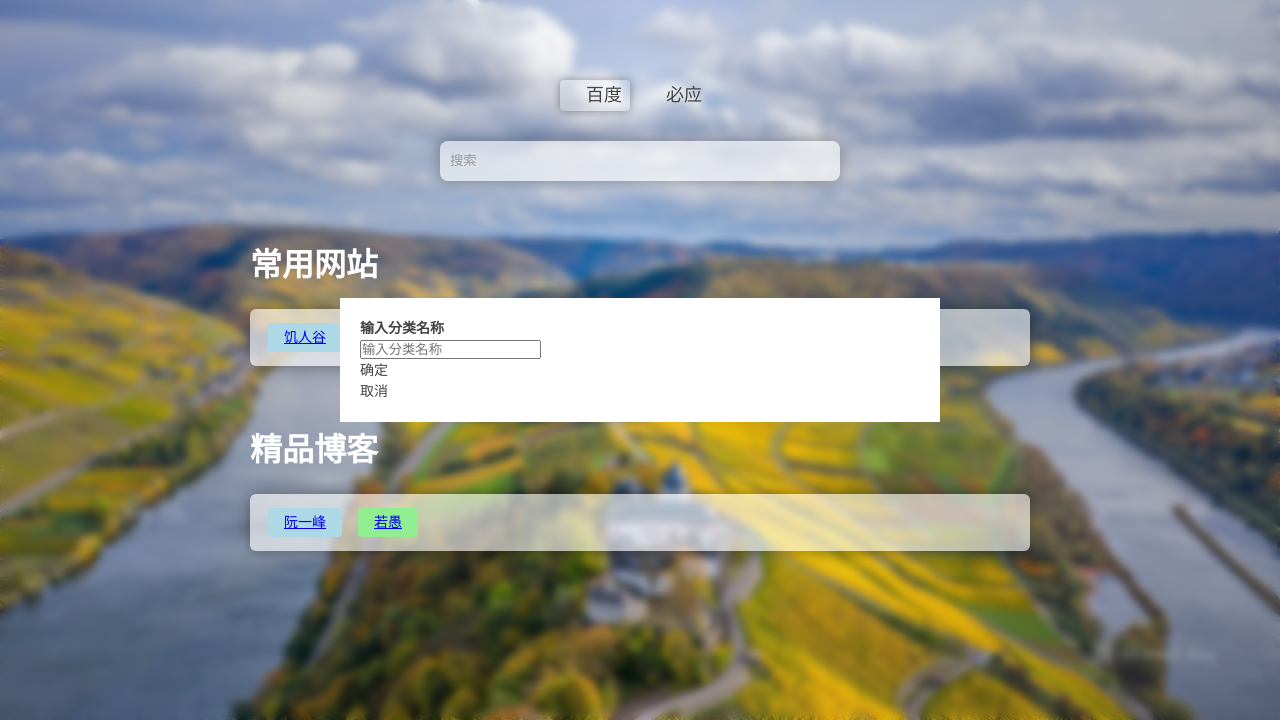
Repository: zkhiscool/PersonPage
Page: index.html
These files come from the project's save history. The page is drawn as it stood at one moment and after the next save; the edit follows.
The browser window is 1280 px wide. The pictures show the whole page.

Above is the page before, as saved 2023-07-21 12:05:06.

### index.html
<!DOCTYPE html>
<html lang="en">

<head>
    <meta charset="UTF-8">
    <meta name="viewport" content="width=device-width, initial-scale=1.0">
    <title>Document</title>
    <script src="//at.alicdn.com/t/c/font_4154315_rbz2c3ka0md.js"></script>
    <script src="//at.alicdn.com/t/c/font_4177456_26hgdqu1m2a.js"></script>
    <link rel="stylesheet" href="css/style.css">
</head>

<body class="preview">
    <div id="page">
        <section id="search">
            <div class="search-type">
                <div data-type="baidu" class="search-tab tab-baidu active">
                    <svg class="icon" aria-hidden="true">
                        <use xlink:href="#icon-baidu"></use>
                    </svg>百度
                </div>
                <div data-type="bing" class="search-tab tab-bing">
                    <svg class="icon" aria-hidden="true">
                        <use xlink:href="#icon-weiruan"></use>
                    </svg>必应
                </div>
            </div>
            <div class="search-input input">
                <input type="text" placeholder="搜索">
                <svg class="icon icon-search" aria-hidden="true">
                    <use xlink:href="#icon-search"></use>
                </svg>
            </div>
        </section>
        <section id="websites">
            <ul class="list">
                <li class="item">
                    <h2>常用网站</h2>
                    <ul class="panel">
                        <li class="tag ">百度</li>
                        <li class="tag ">知乎</li>
                    </ul>
                </li>

                <li class="item">
                    <h2>常用网站</h2>
                    <ul class="panel">
                        <li class="tag ">百度</li>
                        <li class="tag ">知乎</li>
                    </ul>
                </li>
            </ul>
            <div class="puls">
                <svg class="icon icon-puls" aria-hidden="true">
                    <use xlink:href="#icon-plus"></use>
                </svg>
            </div>
        </section>

    </div>
    <div id="setting">
        <svg class="icon icon-setting" aria-hidden="true">
            <use xlink:href="#icon-setting"></use>
        </svg>
        <svg class="icon icon-back" aria-hidden="true">
            <use xlink:href="#icon-back"></use>
        </svg>
    </div>
    <div class="modal modal-1">
        <h4>输入分类名称</h4>
        <div class="field">
            <input type="text" placeholder="输入分类名称">
        </div>
        <div class="button">确定</div>
        <div class="button">取消</div>
    </div>
    <script src="js/main.js"></script>
    <script>
        //百度 = 'https://www.baidu.com/s?wd=' + '饥人谷'
        //bing= https://cn.bing.com/search?q=' + '饥人谷'
    </script>
</body>

</html>

### css/style.css
* {
    margin: 0;
    padding: 0;
    box-sizing: border-box;
}

ul,
li {
    list-style: none;
}

body {
    /* 字体大小14，行高1.5 */
    font: 14px/1.5 Arial, Helvetica, sans-serif;
    color: #444;
    background: linear-gradient(to right, rgba(0, 0, 0, 0.2), rgba(0, 0, 0, 0), rgba(0, 0, 0, 0.2)),
        url(../images/2.jpg)center center no-repeat;
    background-size: cover;
    /* 窗口的高度 */
    min-height: 100vh;
    /* 背景色模糊 */
    padding-bottom: 60px;
    backdrop-filter: blur(4px);
}

/* 图标库默认样式 */
.icon {
    width: 1em;
    height: 1em;
    vertical-align: -0.15em;
    fill: currentColor;
    overflow: hidden;
    cursor: pointer;
}

#page {
    max-width: 820px;
    margin: 0 auto;
    padding: 20px;
    /* overflow: hidden; */
}

#setting {
    position: fixed;
    left: 30px;
    top: 30px;
    color: #fff;
}

body.preview .icon-back {
    display: none;
}

body.preview .icon-setting {
    display: block;
}

body.setting .icon-back {
    display: block;
}

body.setting .icon-setting {
    display: none;
}

#setting .icon {
    width: 30px;
    height: 30px;
}

#search {
    display: flex;
    flex-direction: column;
    align-items: center;
    margin-top: 60px;

}

.search-type {
    display: flex;
}

.search-tab {
    padding: 2px 8px;
    margin-right: 10px;
    border-radius: 4px;
    font-size: 18px;
    cursor: pointer;
}

.search-tab.active {
    box-shadow: 0 0 8px rgba(0, 0, 0, 0.4);
}

.search-input {
    position: relative;
    margin-top: 30px;
    border-radius: 8px;
    overflow: hidden;
    background-color: rgba(255, 255, 255, 0.6);
    box-shadow: 0 0 16px 0 rgba(0, 0, 0, 0.3);
}

.search-input .icon {
    position: absolute;
    right: 6px;
    top: 50%;
    transform: translateY(-50%);
    z-index: 1;
    width: 30px;
    height: 20px;
    cursor: pointer;
}

.search-input>input {
    width: 400px;
    padding: 0 30px 0 10px;
    line-height: 40px;
    border: none;
    outline: none;
    color: #666;
    background-color: transparent;
    transition: all .3s;
}

/* .search-input>input:focus {
    width: 780px;
} */

.search-input>input::placeholder {
    color: #999;
}

#websites .item {
    margin-top: 60px;

}

#websites .list h2 {
    color: #fff;
    font-size: 32px;
}

#websites .panel {
    display: flex;
    flex-wrap: wrap;
    background-color: rgba(255, 255, 255, 0.6);
    border-radius: 6px;
    padding: 10px;
    margin-top: 20px;
    box-shadow: 0 0 16px 0 rgba(0, 0, 0, 0.4);
}

#websites .tag {
    border-radius: 4px;
    padding: 4px 16px;
    margin: 4px 8px;
    background-color: lightblue;

}

#websites .tag:nth-child(odd) {
    background-color: lightblue;
}

#websites .tag:nth-child(even) {
    background-color: lightgreen;
}

.puls {
    align-items: center;
    justify-content: center;
    margin-top: 30px;
}

body.setting .puls {
    display: flex;
}

body.preview .puls {
    display: none;
}

.puls .icon {
    width: 60px;
    height: 60px;
    color: #fff;
}

.modal {
    position: fixed;

    left: 50%;
    top: 50%;
    transform: translate(-50%, -50%);
    width: 600px;
    padding: 20px;
    background-color: #fff;

}

.button {
    background-color: #fff;
}

### js/main.js
const $ = s => document.querySelector(s)
const $$ = s => document.querySelectorAll(s)
const searchMap = {
    'baidu': 'https://www.baidu.com/s?wd=',
    'bing': 'https://cn.bing.com/search?q='
}
let searchType = 'baidu'
let PageStatus = 'setting'
//切换浏览器的样式
$$('.search-tab').forEach($tab => {
    $tab.onclick = function () {
        // 给每个搜索去掉class
        $$('.search-tab').forEach($tab => $tab.classList.remove('active'))
        this.classList.add('active')
        // data-xxx这种带 “-”的自定义属性，有默认dataset方法
        searchType = this.dataset.type
    }
});

//监听键盘按下
document.onkeyup = function (e) {
    if (e.key === 'Enter') {
        search()
    }
}

$('.icon-search').onclick = search

$('.icon-setting').onclick = function () {
    PageStatus = 'setting'
    $('body').classList.remove('preview')
    $('body').classList.add('setting')

}
$('.icon-back').onclick = function () {
    PageStatus = 'preview'
    $('body').classList.remove('setting')
    $('body').classList.add('preview')
}
$('.icon-puls').onclick = function () {

}

// 封装搜索
function search() {
    let url = searchMap[searchType] + $('.search-input input').value
    const $link = document.createElement('a')
    $link.setAttribute('href', url)
    $link.setAttribute('target', '_blank')
    $link.click()
}

const data = [
    {
        title: '常用网站',
        data: [
            {
                name: '饥人谷',
                url: 'https://jirengu.com'
            },
            {
                name: '知乎',
                url: 'https://zhihu.com'
            },
        ]
    },
    {
        title: '精品博客',
        data: [
            {
                name: '阮一峰',
                url: 'https://javascript.ruanyifeng.com'
            },
            {
                name: '若愚',
                url: 'https://zhuanlan.zhihu.com/study-fe'
            },
        ]
    },
]
render(data)
/*
    <li class="item">
        <h2>常用网站</h2>
        <ul class="panel">
            <li class="tag "><a href="" target="_blank"></a>百度</li>
            <li class="tag "><a href="" target="_blank"></a>知乎</li>
        </ul>
    </li>
 */
function render(data) {
    const $itemArr = data.map(obj => {
        const $item = document.createElement('li')
        $item.classList.add('item')
        const $h2 = document.createElement('h2')
        $h2.append(obj.title)
        const $ul = document.createElement('ul')
        $ul.classList.add('panel')
        let $liArray = obj.data.map(item => {
            const $tag = document.createElement('li')
            $tag.classList.add('tag')
            const $a = document.createElement('a')
            $a.setAttribute('href', item.url)
            $a.setAttribute('target', '_blank')
            $a.append(item.name)
            $tag.append($a)
            return $tag
        })
        $ul.append(...$liArray)
        $item.append($h2, $ul)
        return $item
    })
    console.log($itemArr);

    $('#websites .list').innerHTML = ''
    $('#websites .list').append(...$itemArr)
}

After the next save:
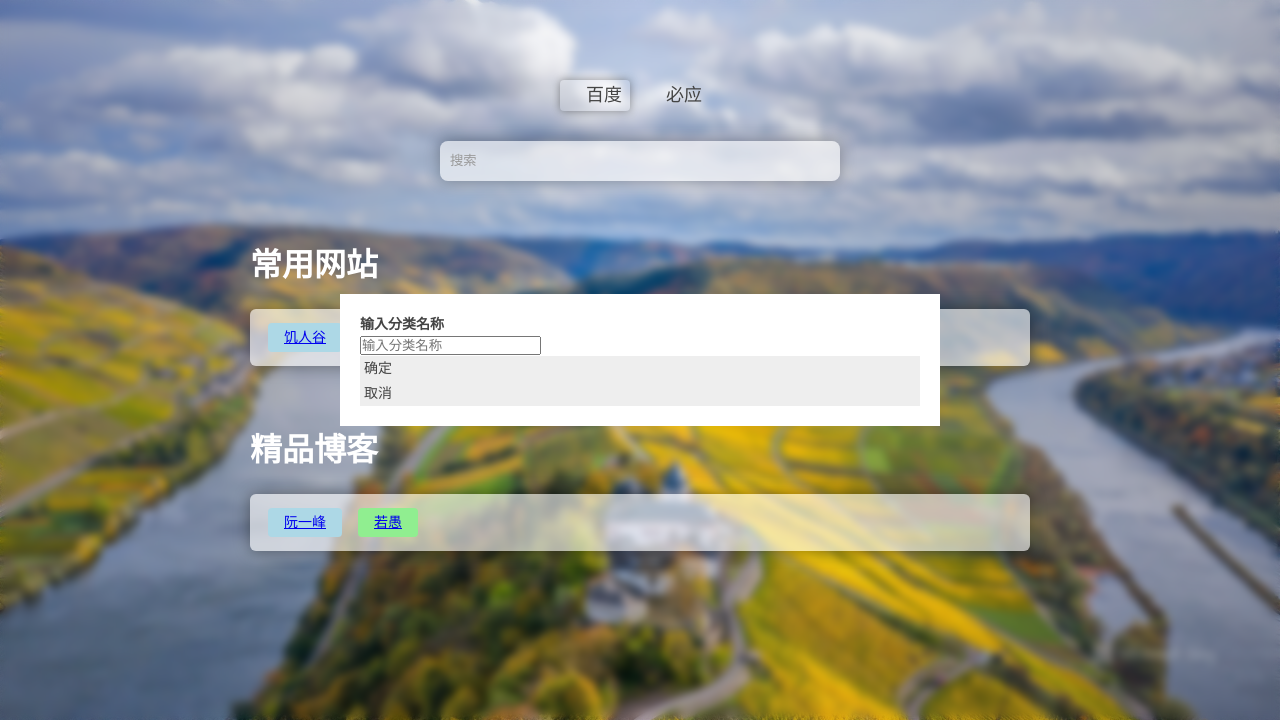
Saved 12 s later.
--- a/css/style.css
+++ b/css/style.css
@@ -200,5 +200,6 @@ body.preview .puls {
 }
 
 .button {
-    background-color: #fff;
-}
+    background-color: #eee;
+    padding: 2px 4px;
+}
